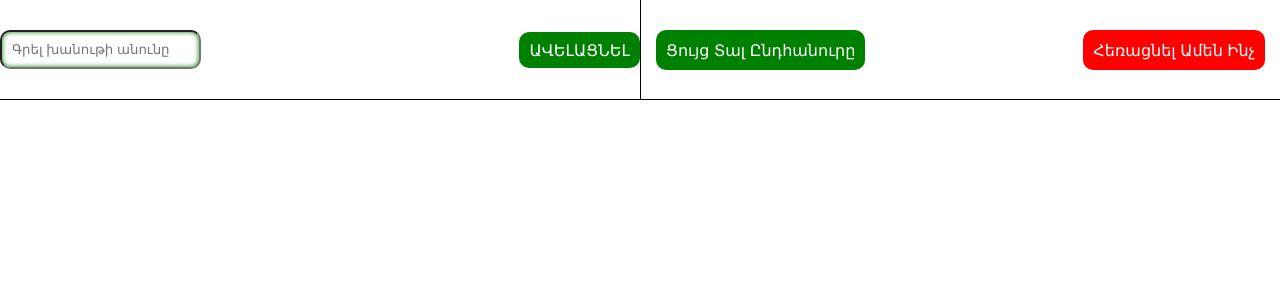
Repository: AbApin/amasia
Page: /
An editor plug-in stored every save of this project. The page is shown before and after the next save, followed by the edit.
The browser window is 1280 px wide. The pictures show the whole page.
The project was rebuilt for these pictures with package versions that can differ from the ones it lists, and the page was loaded fresh each time. Also part of the build but not shown: vue.config.js.

Above is the page before, as saved 2023-02-03 12:23:59.

### public/index.html
<!DOCTYPE html>
<html lang="">
  <head>
    <meta charset="utf-8" />
    <meta http-equiv="X-UA-Compatible" content="IE=edge" />
    <meta name="viewport" content="width=device-width,initial-scale=1.0" />
    <link rel="icon" href="<%= BASE_URL %>favicon.ico" />
    <title><%= htmlWebpackPlugin.options.title %></title>
    <link
      href="https://fonts.googleapis.com/css?family=Inter:100,200,300,regular,500,600,700,800,900"
      rel="stylesheet"
    />
  </head>
  <body>
    <noscript>
      <strong
        >We're sorry but <%= htmlWebpackPlugin.options.title %> doesn't work properly without
        JavaScript enabled. Please enable it to continue.</strong
      >
    </noscript>
    <div id="app"></div>
    <!-- built files will be auto injected -->
  </body>
</html>

### src/main.js
import Vue from 'vue';
import App from './App.vue';
import store from './store';
// store.subscribe((mutation, state) => {
//   localStorage.setItem('xanutner', JSON.stringify(state.xanutner));
//   localStorage.setItem('datarkXanutner', JSON.stringify(state.isEmpty));
// });
Vue.config.productionTip = false;

new Vue({
  store,
  render: (h) => h(App),
}).$mount('#app');

### src/App.vue
<template>
  <div id="app">
    <div class="header">
      <div class="avelacnelXanut">
        <input
          type="text"
          class="avelacnelInput"
          placeholder="Գրել խանութի անունը"
          v-model="inputValue"
        />
        {{ inputValue }}
        <button class="avelacnelBtn" @click="avelacnelXanut">Ավելացնել</button>
      </div>
      <div class="cuycTal">
        <button class="cuycTalBtn" @click="isClick = true">ցույց տալ ընդհանուրը</button>
        <button class="heracnelBtn" @click="REMOVEALL">հեռացնել ամեն ինչ</button>
      </div>
      <div v-show="isClick" class="endhanurQanak">
        <button @click="isClick = false" class="closeBtn">X</button>
        <div class="endhanurQanakInner" :class="!ISEMPTY ? 'ovAuto' : ''">
          <p v-if="ISEMPTY" class="noProducts">Ոչ մի ապրանք</p>
          <ul class="endhanurQanakiList">
            <li
              v-for="xanutiAnun in Object.keys(ZAKAZNER)"
              :key="xanutiAnun"
              class="endhanurQanakiListItem"
            >
              <p class="endhanurQanakiListItemXanutiAnun">{{ xanutiAnun }}</p>
              <ul class="endhanurApranqneriList">
                <li
                  v-for="endhanurApranq in ZAKAZNER[xanutiAnun]"
                  :key="endhanurApranq.anun"
                  class="endhanurApranqneriListItem"
                >
                  <p class="endhanurApranqneriListItemAnun">{{ endhanurApranq.anun }}</p>
                  <p class="endhanurApranqneriListItemQanak">{{ endhanurApranq.qanak }}</p>
                </li>
              </ul>
            </li>
          </ul>
        </div>
      </div>
    </div>
    <div class="content">
      <ul class="contentList">
        <li v-for="xanutiAnun in Object.keys(XANUTNER)" :key="xanutiAnun" class="contentItem">
          <p class="xanutiAnun">{{ xanutiAnun }}</p>
          <ul class="apranqneriList">
            <li
              v-for="(apranq, apranqiHamar) in XANUTNER[xanutiAnun]"
              :key="apranqiHamar"
              class="apranqneriListItem"
            >
              <div class="apranqiText">
                <p class="apranqiAnun">{{ apranq.anun }}</p>
                <p class="apranqiQanak">{{ apranq.qanak }}</p>
              </div>
              <div class="apranqiAvelPakas">
                <button class="plus apranqiBtn" @click="AVELACNEL({ xanutiAnun, apranqiHamar })">
                  +
                </button>
                <button class="minus apranqiBtn" @click="PAKASACNEL({ xanutiAnun, apranqiHamar })">
                  -
                </button>
              </div>
            </li>
          </ul>
        </li>
      </ul>
    </div>
  </div>
</template>

<script>
import { mapGetters, mapMutations } from 'vuex';
export default {
  name: 'App',
  components: {},
  data() {
    return {
      isClick: false,
      inputValue: '',
    };
  },
  beforeMount() {
    this.INITIAL();
  },
  methods: {
    ...mapMutations(['AVELACNEL', 'PAKASACNEL', 'INITIAL', 'REMOVEALL', 'AVELACNEL_XANUT']),
    avelacnelXanut() {
      this.AVELACNEL_XANUT(this.inputValue);
    },
  },
  computed: {
    ...mapGetters(['XANUTNER', 'ZAKAZNER', 'ISEMPTY']),
  },
};
</script>

<style>
@import './app.css';
</style>

### src/store/index.js
import Vuex from 'vuex';
import Vue from 'vue';

Vue.use(Vuex);

const store = new Vuex.Store({
  state: {
    xanutner: {},
    isEmpty: true,
  },
  mutations: {
    AVELACNEL_XANUT(state, payload) {
      console.log('avelacav');
      if (payload !== '') {
        state.xanutner[payload] = [
          { anun: 'ՍՈՒԼՈՒԳՈՒՆԻ', qanak: 0 },
          { anun: 'Ամասիա', qanak: 0 },
          { anun: 'Լոռի մեծ', qanak: 0 },
          { anun: 'Լոռի փոքր', qanak: 0 },
          { anun: 'Լոռի վակուում', qanak: 0 },
          { anun: 'Ոչխարի Պանիր', qanak: 0 },
          { anun: 'Չանախ', qanak: 0 },
          { anun: 'Չանախ էժան', qanak: 0 },
          { anun: 'Չեչիլ սպիտակ մատ', qanak: 0 },
          { anun: 'Չեչիլ սպիտակ կծիկ', qanak: 0 },
          { anun: 'Չեչիլ ապխտած մատ', qanak: 0 },
          { anun: 'Չեչիլ ապխտած կծիկ', qanak: 0 },
          { anun: 'Հոլանդական', qanak: 0 },
          { anun: 'Գունավոր Թել', qanak: 0 },
          { anun: 'ԿԱՐԱԳ', qanak: 0 },
        ];
      }
    },
    AVELACNEL(state, payload) {
      state.xanutner[payload.xanutiAnun][payload.apranqiHamar].qanak += 1;
    },
    PAKASACNEL(state, payload) {
      let qanak = state.xanutner[payload.xanutiAnun][payload.apranqiHamar].qanak;
      if (qanak >= 1) {
        state.xanutner[payload.xanutiAnun][payload.apranqiHamar].qanak -= 1;
      }
      console.log(state.$getters.ZAKAZNER);
    },
    INITIAL(state) {
      if (localStorage.getItem('xanutner')) {
        state.xanutner = JSON.parse(localStorage.xanutner);
      } else if (localStorage.getItem('datarkXanutner')) {
        state.isEmpty = JSON.parse(localStorage.datarkXanutner);
      }
    },
    REMOVEALL(state) {
      Object.keys(state.xanutner).forEach((xanut) => {
        state.xanutner[xanut].map((el) => {
          el.qanak = 0;
        });
      });
      state.isEmpty = true;
    },
    REMOVEXANUTNER(state) {
      state.xanutner = {};
      state.isEmpty = true;
    },
  },
  getters: {
    XANUTNER(state) {
      return state.xanutner;
    },
    ZAKAZNER(state) {
      let zakazner = {};
      Object.keys(state.xanutner).forEach((xanut) => {
        zakazner[xanut] = state.xanutner[xanut].filter(function (el) {
          return el.qanak > 0;
        });
        if (zakazner[xanut].length === 0) {
          delete zakazner[xanut];
        }
      });
      Object.keys(zakazner).forEach((zakaz) => {
        if (zakazner[zakaz].length === 0) {
          state.isEmpty = true;
        } else {
          state.isEmpty = false;
        }
      });

      return zakazner;
    },
    ISEMPTY(state) {
      return state.isEmpty;
    },
  },
});

export default store;

### src/app.css
*,
*::after,
*::before {
  margin: 0;
  padding: 0;
  box-sizing: border-box;
}
ul {
  list-style: none;
}
#app {
  display: flex;
  flex-direction: column;
  min-height: 100vh;
}
.header {
  display: flex;
  justify-content: space-between;
  width: 100%;
  height: 100px;
  border-bottom: 1px solid #000;
}
.avelacnelXanut {
  display: flex;
  justify-content: space-between;
  width: 50%;
  gap: 20px;
  align-items: center;
}
.avelacnelBtn {
  font-family: 'Inter';
  font-size: 16px;
  line-height: 1;
  text-transform: uppercase;
  border: none;
  padding: 10px;
  background: green;
  color: #fff;
  border-radius: 10px;
}
.avelacnelInput {
  padding: 10px;
  border-radius: 10px;
  outline: none;
  box-shadow: inset 0 0 5px green;
}
.contentList {
  display: flex;
  flex-direction: column;
}
.contentItem {
  display: flex;
  flex-direction: column;
  justify-content: space-between;
}
.xanutiAnun {
  display: flex;
  align-items: center;
  justify-content: center;
  width: 100%;
  font-family: 'Inter';
  font-size: 20px;
  font-weight: 500;
  letter-spacing: 3px;
  word-wrap: break-word;
  padding: 10px;
  border: 1px solid #000;
  border-top: 0;
  border-left: 0;
  border-right: 0;
  text-transform: uppercase;
}
.apranqneriList {
  width: 100%;
  display: flex;
  justify-content: space-between;
}
.apranqneriListItem {
  display: flex;
  flex-direction: column;
  flex: 1 1 0;
  border: 1px solid #000;
  border-top: 0;
  border-left: 0;
}
.apranqiText {
  display: flex;
  justify-content: space-between;
  align-items: center;
  height: 50%;
}
.apranqiAnun {
  display: flex;
  align-items: center;
  justify-content: center;
  font-family: 'Inter';
  font-size: 16px;
  font-weight: 500;
  word-wrap: break-word;
  text-align: center;
  width: 75%;
  border-right: 1px solid #000;
  height: 100%;
  padding: 10px 5px;
  text-transform: capitalize;
}
.apranqiQanak {
  display: flex;
  justify-content: center;
  align-items: center;
  width: 25%;
  height: 100%;
  padding: 10px 5px;
}
.apranqiAvelPakas {
  display: flex;
  justify-content: space-between;
  width: 100%;
  height: 50%;
}
.apranqiBtn {
  display: inline-flex;
  justify-content: center;
  align-items: center;
  font-family: 'Inter';
  font-size: 30px;
  font-weight: 700;
  letter-spacing: 3px;
  border: none;
  color: #fff;
  width: 50%;
  cursor: pointer;
}
.plus {
  background: green;
}
.minus {
  background: red;
}
.cuycTal {
  width: 50%;
  display: flex;
  align-items: center;
  justify-content: space-between;
  gap: 10px;
  padding: 15px;
  border-left: 1px solid #000;
}
.heracnelBtn,
.cuycTalBtn {
  display: inline-block;
  font-family: 'Inter';
  font-size: 16px;
  padding: 10px;
  border-radius: 10px;
  border: none;
  color: #fff;
  text-transform: capitalize;
  cursor: pointer;
  transition: all 0.3s linear;
}
.heracnelBtn {
  background: red;
}
.cuycTalBtn {
  background: green;
}

/* endahnur */
.endhanurQanak {
  display: flex;
  justify-content: center;
  align-items: center;
  position: fixed;
  z-index: 999;
  top: 0;
  left: 0;
  width: 100%;
  height: 100%;
  background-color: rgba(0, 0, 0, 0.7);
}
.endhanurQanakInner {
  width: 90%;
  height: 90%;
  background: #fff;
  box-shadow: 0 0 10px #fff;
  border-radius: 20px;
}
.ovAuto {
  overflow: auto;
}
.endhanurQanakiList {
  display: flex;
  flex-direction: column;
  justify-content: space-between;
  height: 100%;
}
.endhanurQanakiListItem {
  display: flex;
  align-items: center;
  flex: 1 1 0;
  border-bottom: 1px solid #000;
}
.endhanurQanakiListItem:last-child {
  border-bottom: none;
}
.endhanurQanakiListItemXanutiAnun {
  border-right: 1px solid #000;
  width: 10%;
  display: flex;
  align-items: center;
  justify-content: center;
  height: 100%;
  font-family: 'Inter';
  font-size: 18px;
  letter-spacing: 1px;
  text-transform: capitalize;
}
.endhanurApranqneriList {
  height: 100%;
  width: 90%;
  display: flex;
  flex-direction: column;
  justify-content: space-between;
  overflow: auto;
}
.endhanurApranqneriListItem {
  display: flex;
  gap: 10px;
  flex: 1 1 0;
  align-items: center;
  justify-content: flex-start;
  padding: 10px;
  border-bottom: 1px solid #000;
}
.endhanurApranqneriListItem:last-child {
  border-bottom: none;
}
.endhanurApranqneriListItemQanak {
  color: red;
  font-size: 25px;
  font-family: 'Inter';
  font-weight: 700;
}
.endhanurApranqneriListItemAnun {
  font-weight: bold;
  font-size: 20px;
}
.noProducts {
  display: flex;
  justify-content: center;
  align-items: center;
  font-size: 2rem;
  font-family: 'Inter';
  font-style: italic;
  font-weight: 700;
  width: 100%;
  height: 100%;
  padding: 20px;
}
.closeBtn {
  display: inline-block;
  color: #fff;
  font-size: 25px;
  position: absolute;
  right: 15px;
  top: 5px;
  background: transparent;
  border: none;
  cursor: pointer;
}

@media screen and (max-width: 767px) {
  .header {
    flex-direction: column-reverse;
    height: 150px;
  }
  .avelacnelXanut {
    padding: 20px;
    height: 50%;
    width: 100%;
  }
  .cuycTal {
    width: 100%;
    height: 50%;
    gap: 5px;
    padding: 10px;
    border: 0;
    border-bottom: 1px solid #000;
  }
  .apranqneriList {
    overflow: auto;
  }
  .apranqneriListItem {
    min-width: 200px;
  }
  .endhanurQanakiListItemXanutiAnun {
    width: 50%;
    letter-spacing: 0;
    font-size: 16px;
    padding: 5px;
  }
}

After the next save:
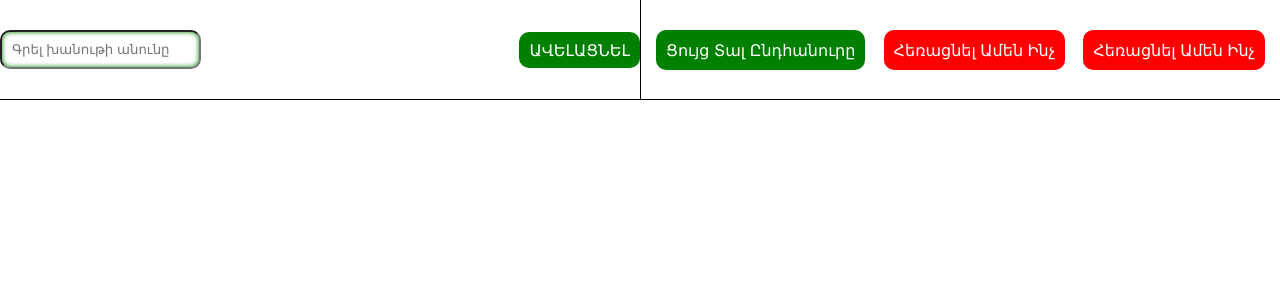
Saved 11 s later.
--- a/src/App.vue
+++ b/src/App.vue
@@ -13,6 +13,7 @@
       </div>
       <div class="cuycTal">
         <button class="cuycTalBtn" @click="isClick = true">ցույց տալ ընդհանուրը</button>
+        <button class="heracnelBtn" @click="REMOVEALL">հեռացնել ամեն ինչ</button>
         <button class="heracnelBtn" @click="REMOVEALL">հեռացնել ամեն ինչ</button>
       </div>
       <div v-show="isClick" class="endhanurQanak">
